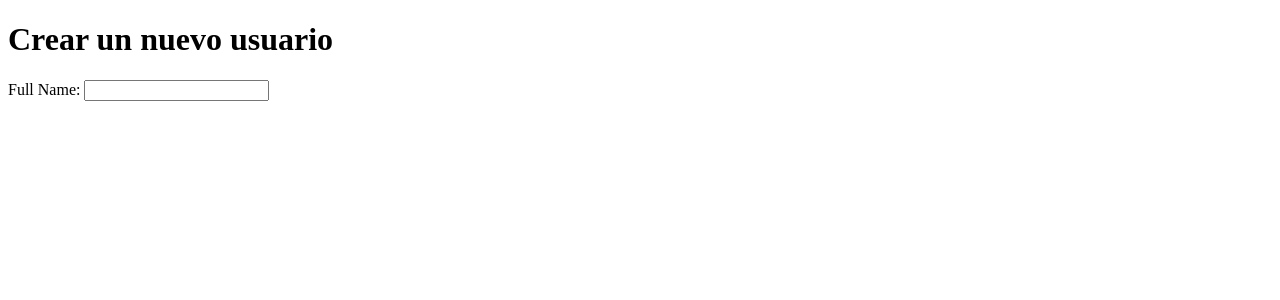
Repository: VinnySil/membresia
Page: http://localhost/users/create
These files come from the project's save history. The page is drawn as it stood at one moment and after the next save; the edit follows.
The browser window is 1280 px wide. The pictures show the whole page.
The page is served by the project's Laravel application, run on PHP 8.4 with Laravel 12. Other server files are loaded and not shown.

Above is the page before, as saved 2024-12-06 19:16:07.

### routes/web.php
<?php

use App\Http\Controllers\UserController;
use Illuminate\Support\Facades\Route;

Route::get('/', function () {
    return view('welcome');
});

//Endpoint para el crud de usuarios
Route::resource('users', UserController::class);

### app/Http/Controllers/UserController.php
<?php

namespace App\Http\Controllers;

use App\Models\User;
use Illuminate\Http\Request;

class UserController extends Controller
{
    /**
     * Display a listing of the resource.
     */
    public function index()
    {
        $users = User::all();
        return view('users.index', compact('users'));
    }

    /**
     * Show the form for creating a new resource.
     */
    public function create()
    {
        return view('users.create');
    }

    /**
     * Store a newly created resource in storage.
     */
    public function store(Request $request)
    {
        //
    }

    /**
     * Display the specified resource.
     */
    public function show(User $user)
    {
        //
    }

    /**
     * Show the form for editing the specified resource.
     */
    public function edit(User $user)
    {
        //
    }

    /**
     * Update the specified resource in storage.
     */
    public function update(Request $request, User $user)
    {
        //
    }

    /**
     * Remove the specified resource from storage.
     */
    public function destroy(User $user)
    {
        //
    }
}

### resources/views/users/create.blade.php
<!DOCTYPE html>
<html lang="en">
<head>
    <meta charset="UTF-8">
    <meta name="viewport" content="width=device-width, initial-scale=1.0">
    <meta http-equiv="X-UA-Compatible" content="ie=edge">
    <title>Document</title>
</head>
<body>
    <h1>Crear un nuevo usuario</h1>

    <form action="{{ route('users.store') }}">
        <label for="fullname">Full Name:</label>
        <input type="text" name="fullname">

    </form>
</body>
</html>

Loaded but not shown: app/Http/Controllers/Controller.php (common file)

After the next save:
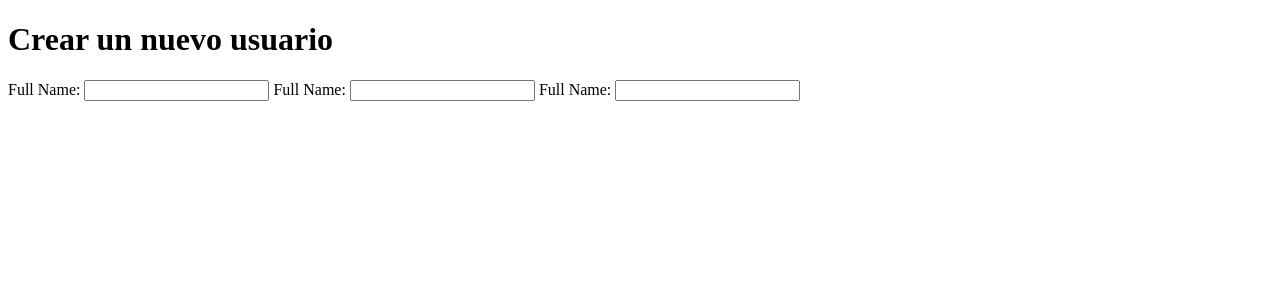
Saved 5 s later.
--- a/resources/views/users/create.blade.php
+++ b/resources/views/users/create.blade.php
@@ -12,6 +12,10 @@
     <form action="{{ route('users.store') }}">
         <label for="fullname">Full Name:</label>
         <input type="text" name="fullname">
+        <label for="fullname">Full Name:</label>
+        <input type="text" name="fullname">
+        <label for="fullname">Full Name:</label>
+        <input type="text" name="fullname">
 
     </form>
 </body>
